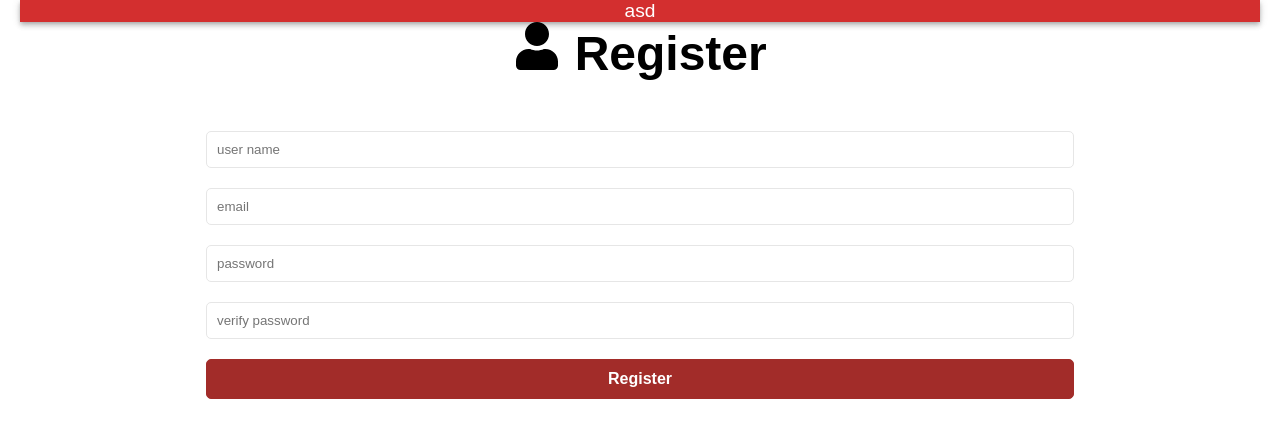
Repository: halilhaninan/MERNSTACK-Note-App
Page: /register (app in frontend/)
An editor plug-in stored every save of this project. The page is shown before and after the next save, followed by the edit.
The browser window is 1280 px wide. The pictures show the whole page.
The project was rebuilt for these pictures with package versions that can differ from the ones it lists, and the page was loaded fresh each time. Also part of the build but not shown: frontend/src/Components/NotForm.jsx, frontend/src/Components/Spinner.jsx, frontend/src/Components/Not.jsx, frontend/src/pages/Dashboard.jsx, frontend/src/pages/Login.jsx, frontend/src/features/counter/counterSlice.js, frontend/src/features/counter/counter.js, frontend/src/App.css.

Above is the page before, as saved 2022-09-03 10:57:09.

After the next save:
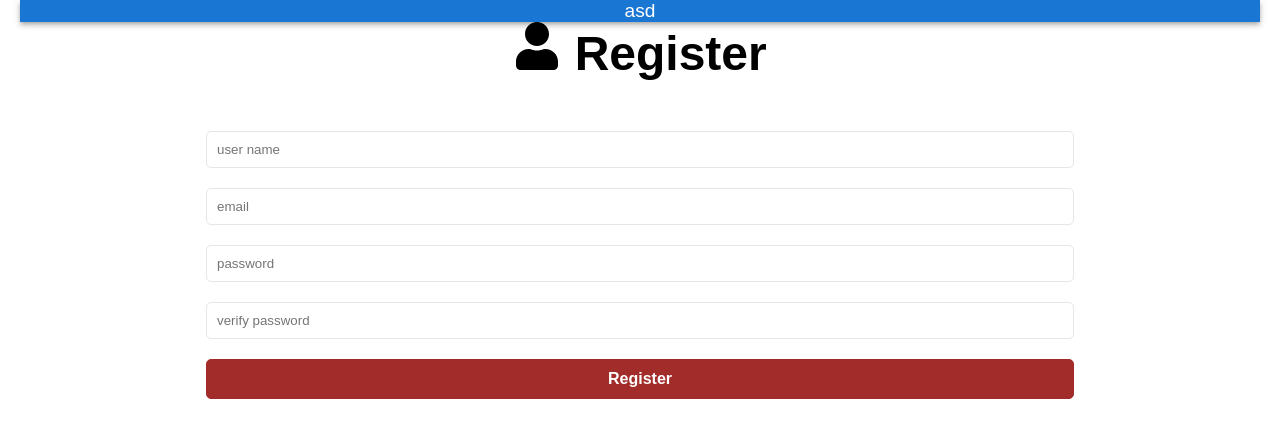
Saved 23 s later.
--- a/frontend/src/Components/Header.jsx
+++ b/frontend/src/Components/Header.jsx
@@ -20,7 +20,7 @@ function Header() {
   };
 
   return (
-    <AppBar position="static" color="error">
+    <AppBar position="static" color="primary">
       asd
     </AppBar>
   );
